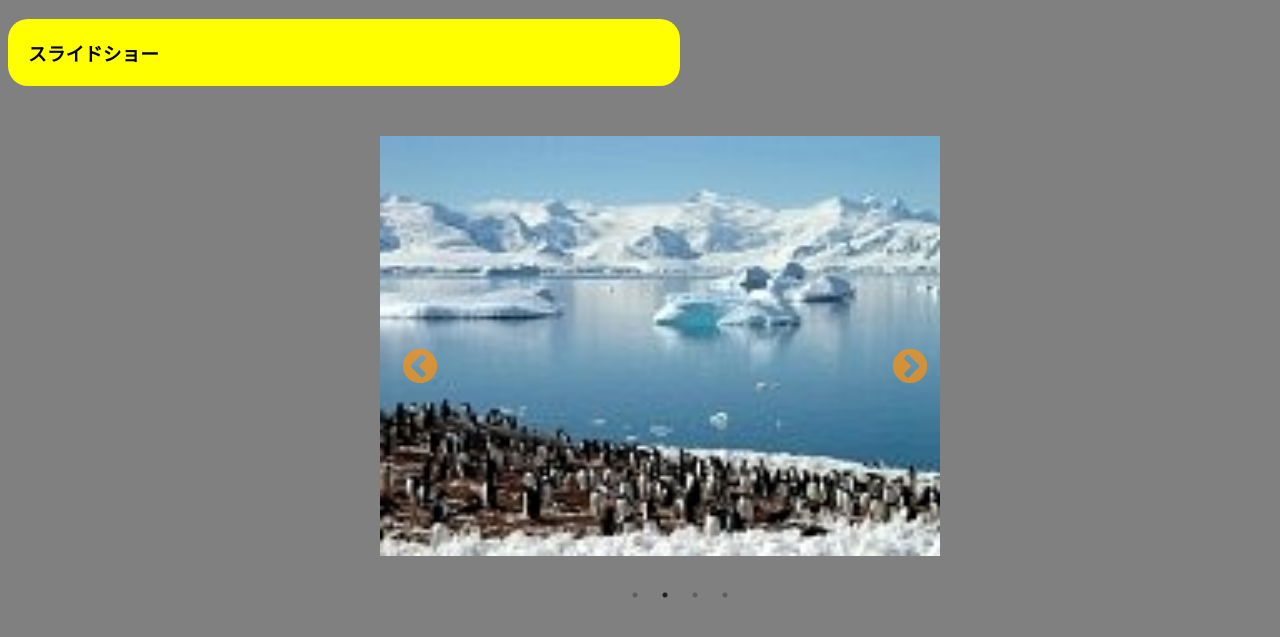
Repository: uemura-15/slideShow
Page: contents/index.html
The author's editor kept a record of every edit. The page is drawn from the files as they stood at one moment, then again after the next edit.
The browser window is 1280 px wide. The pictures show the whole page.

Above is the page before.

After the next edit:
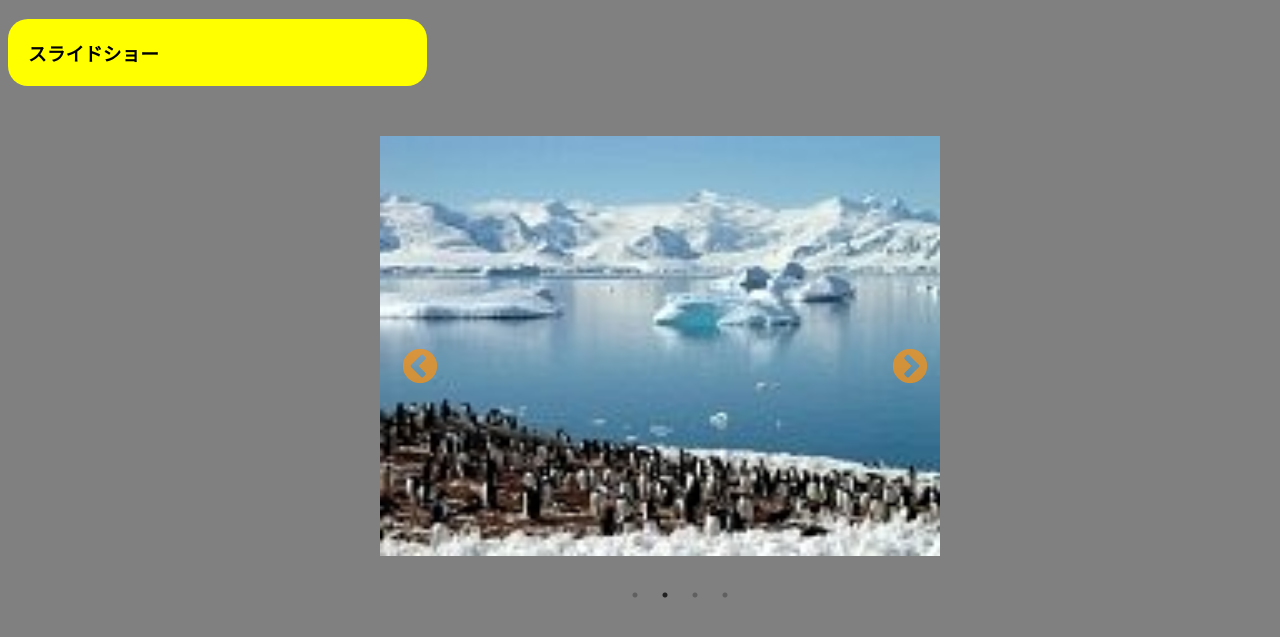
The edit:
--- a/contents/css/style.css
+++ b/contents/css/style.css
@@ -8,7 +8,7 @@
 }
 
 h3 {
-    width: 50%;
+    width: 30%;
     padding: 20px;
     background-color: yellow;
     border-radius: 20px;
